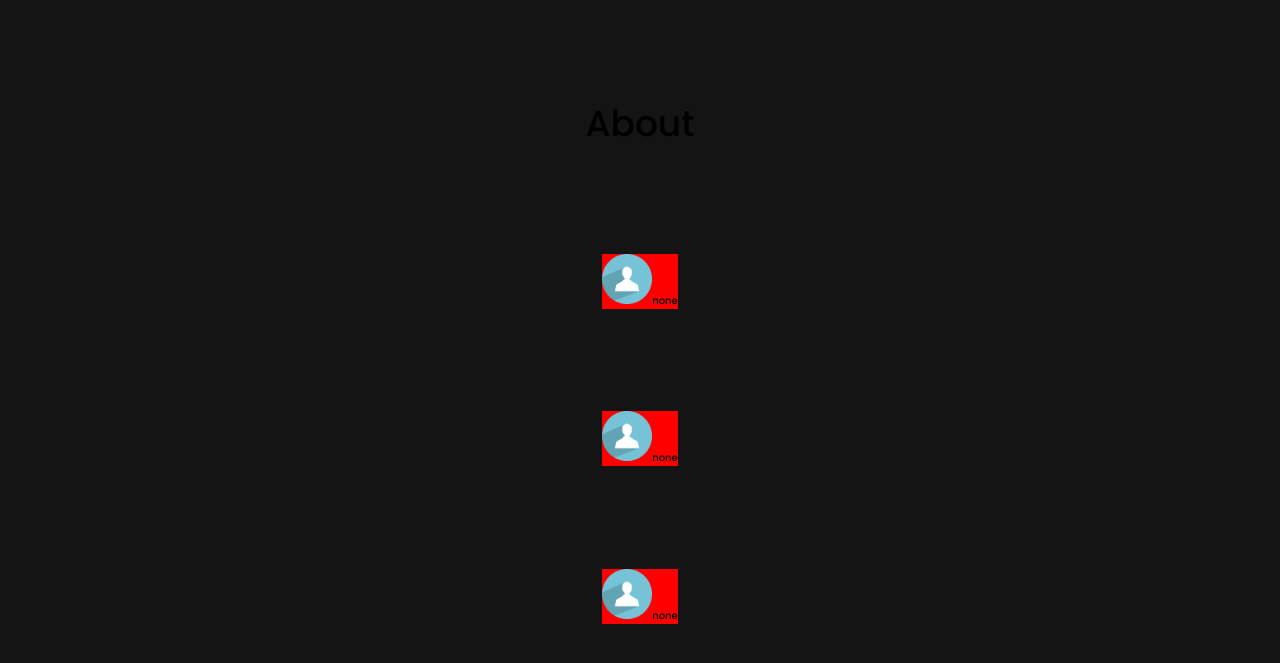
Repository: Aaron-Trippy/example-map-class-3
Page: /
An editor plug-in stored every save of this project. The page is shown before and after a run of saves, followed by the edit.
The browser window is 1280 px wide. The pictures show the whole page.
The project was rebuilt for these pictures with package versions that can differ from the ones it lists, and the page was loaded fresh each time. The framework's server and built-in components were replaced by stand-ins that run in the browser. Also part of the build but not shown: next.config.js.

Above is the page before, as saved 2023-01-23 13:31:15.

### pages/index.js
import Head from 'next/head'
import Image from 'next/image'
import { Inter } from '@next/font/google'
import styles from '../styles/Home.module.css'
import data from '../data/workplace.json'
import { useState } from 'react'
import Card from '../components/Card/index.js'
import Link from 'next/link'

const inter = Inter({ subsets: ['latin'] })

export default function Home() {

  console.log(data);
  const [information, setInformation] = useState([...data])

  return (
    <>
      <Head>
        <title>Create Next App</title>
        <meta name="description" content="Generated by create next app" />
        <meta name="viewport" content="width=device-width, initial-scale=1" />
        <link rel="icon" href="/favicon.ico" />
      </Head>
      <main className={styles.main}>
        <Link href="about">About</Link>
      {
        information && information.map((info, index) => {
          if(info.employer.toLowerCase() === "discord") {
          return(
            <Card key={index} job={info.job} color="red" font="10px"/>
          )
          }
        })
      }

      </main>
    </>
  )
}

### data/workplace.json
[
    {
        "employer": "Discord",
        "firstName": "Harbillicus",
        "job": "Front-End Developer"
    },
    {
        "employer": "Discord",
        "firstName": "Shoobith",
        "job": "Web Designer"
    },
    {
        "employer": "Discord",
        "firstName": "Aaron",
        "job": "Graphic Designer"
    }
]

### components/Card/index.js
export default function Card({
    degree="none",
    color="purple",
    font="0",
    image="icon/personTwo.png"
}) {
    return(
        <div style={{backgroundColor: color, fontSize:font}}>
            {
                color==="red" ?     <img src={'icon/person.png'} width='50'/> :
                color==="blue" ?    <img src={'icon/personThree.png'} width='50'/> :
                                    <img src={image} width='50'/>
            }
            {degree}
        </div>
    )
}

Loaded but not shown: pages/_app.js (common file); pages/_document.js (common file); styles/globals.css (common file); styles/Home.module.css (common file)

After the next 2 saves:
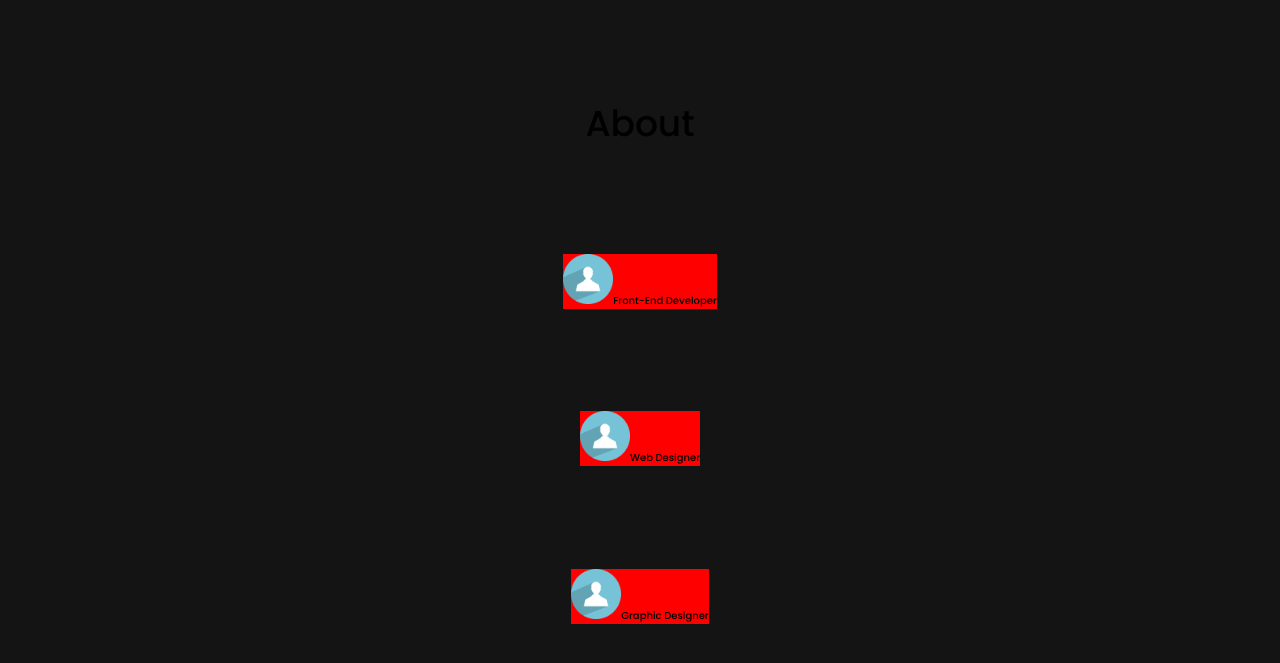
The 2 saves are shown as one change because 1 did not build or start.
The last was saved 52 s later.
--- a/components/Card/index.js
+++ b/components/Card/index.js
@@ -1,5 +1,5 @@
 export default function Card({
-    degree="none",
+    job="none",
     color="purple",
     font="0",
     image="icon/personTwo.png"
@@ -11,7 +11,7 @@ export default function Card({
                 color==="blue" ?    <img src={'icon/personThree.png'} width='50'/> :
                                     <img src={image} width='50'/>
             }
-            {degree}
+            {job}
         </div>
     )
 }
